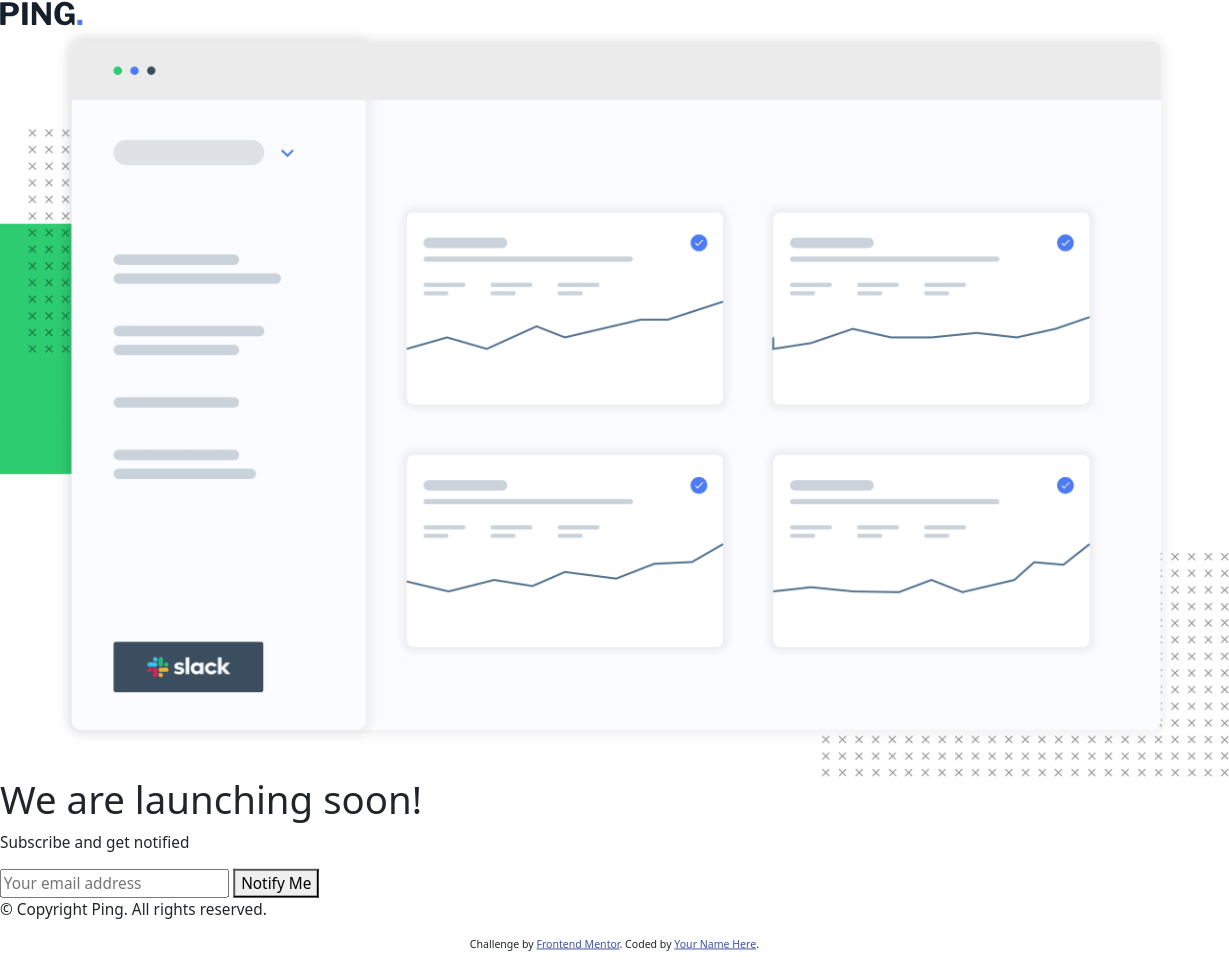
Repository: blordeus/ping-coming-soon-page-master
Page: index.html
An editor plug-in stored every save of this project. The page is shown before and after a run of saves, followed by the edit.
The browser window is 1280 px wide. The pictures show the whole page, at 96% of full size.
The style sheet was rebuilt from its Sass, Less or Tailwind sources for each picture, by a compiler version that may differ from the author's.

Above is the page before, as saved 2023-08-31 11:08:17.

### index.html
<!DOCTYPE html>
<html lang="en">
<head>
  <meta charset="UTF-8">
  <meta name="viewport" content="width=device-width, initial-scale=1.0"> <!-- displays site properly based on user's device -->

  <link rel="icon" type="image/png" sizes="32x32" href="./images/favicon-32x32.png">
  <link rel="stylesheet" href="style.css">
  <link href="https://cdn.jsdelivr.net/npm/bootstrap@5.3.1/dist/css/bootstrap.min.css" rel="stylesheet" integrity="sha384-4bw+/aepP/YC94hEpVNVgiZdgIC5+VKNBQNGCHeKRQN+PtmoHDEXuppvnDJzQIu9" crossorigin="anonymous">
  <title>Frontend Mentor | Ping coming soon page</title>


</head>
<body>
  <main>
    <img src="./images/logo.svg" alt="logo">
    <img src="./images/illustration-dashboard.png" alt="dashboard">
    <h1>We are launching soon!</h1>

    <p>Subscribe and get notified</p>

    <input type="email" placeholder="Your email address">

    <button>Notify Me</button>

    <p>&copy; Copyright Ping. All rights reserved.</p>

    <footer>
      <p class="attribution">
        Challenge by <a rel="noopener" href="https://www.frontendmentor.io?ref=challenge" target="_blank">Frontend Mentor</a>.
        Coded by <a href="#">Your Name Here</a>.
      </p>
    </footer>
  </main>
  <script src="https://cdn.jsdelivr.net/npm/bootstrap@5.3.1/dist/js/bootstrap.bundle.min.js" integrity="sha384-HwwvtgBNo3bZJJLYd8oVXjrBZt8cqVSpeBNS5n7C8IVInixGAoxmnlMuBnhbgrkm" crossorigin="anonymous"></script>
</body>
</html>

### style.scss
  @import url('https://fonts.googleapis.com/css2?family=Libre+Franklin:wght@300;600;700&display=swap');

:root {
    --very-dark-blue: hsl(209, 33%, 12%);
    --dark-gray: hsl(0, 0%, 59%);
    --blue: hsl(223, 87%, 63%);
    --light-red: hsl(354, 100%, 66%);
    --pale-blue: hsl(223, 100%, 88%);
}

body {
    font-size: 20px;
    font-family: 'Libre Franklin', sans-serif;
    box-sizing: border-box;
    margin: 0;
    padding: 0;
    min-height: 100vh;
    display: flex;
    flex-direction: column;
    justify-content: center;
    align-items: center;
}

  .attribution { font-size: 11px; text-align: center; }
  .attribution a { color: hsl(228, 45%, 44%); }

After the next 2 saves:
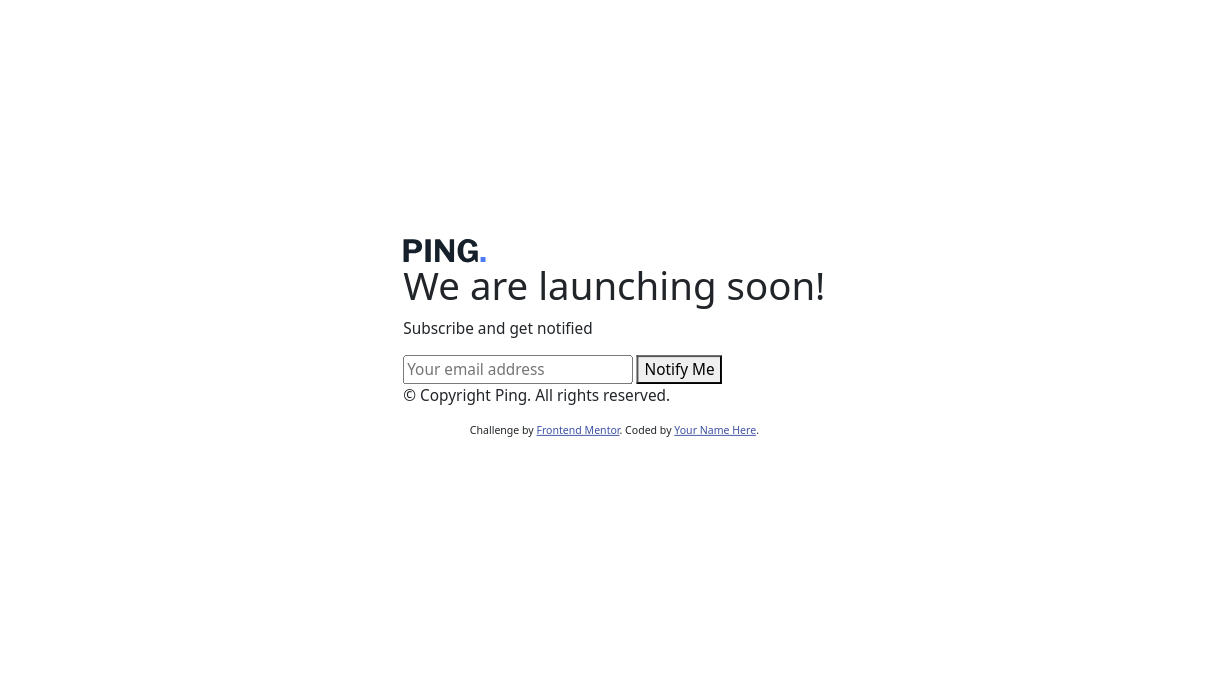
The 2 saves are shown as one change because they came seconds apart.
The last was saved 19 s later.
--- a/index.html
+++ b/index.html
@@ -14,7 +14,7 @@
 <body>
   <main>
     <img src="./images/logo.svg" alt="logo">
-    <img src="./images/illustration-dashboard.png" alt="dashboard">
+
     <h1>We are launching soon!</h1>
 
     <p>Subscribe and get notified</p>
